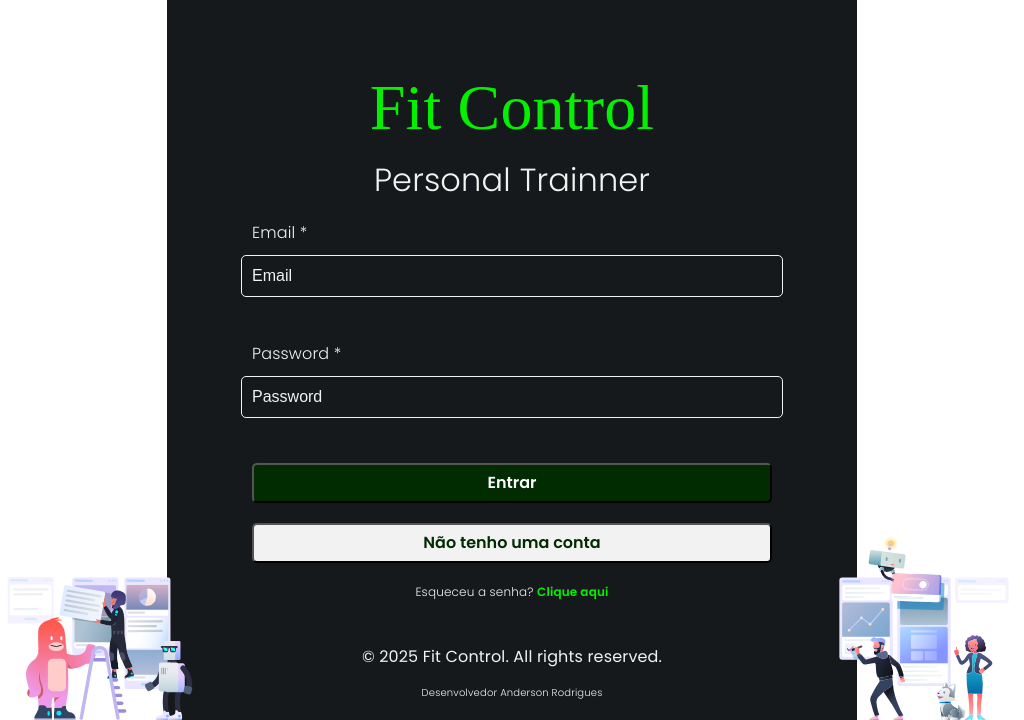
Repository: fit-control/frontend-fit-control
Page: /
These files come from the project's save history. The page is drawn as it stood at one moment and after the next save; the edit follows.
The browser window is 1024 px wide. The pictures show the whole page.
Some web fonts or font styles are not loaded; a fallback is used. The project was rebuilt for these pictures with package versions that can differ from the ones it lists, and the page was loaded fresh each time. The framework's server and built-in components were replaced by stand-ins that run in the browser. Also part of the build but not shown: next.config.js, vite.config.ts.

Above is the page before, as saved 2025-01-18 23:10:31.

### src/app/layout.tsx
/* eslint-disable @next/next/no-img-element */
import "./globals.css";
import Home from "./page";
export default function RootLayout({
  // children,
}: Readonly<{
  children: React.ReactNode;
}>) {
  return (
    <html lang="en">
      <body>
          <Home />
      </body>
    </html>
  );
}

### src/app/page.tsx
import ContainerCenterLogin from "./components/containerCenterLogin";

export default function Home() {
  return (
    <div className="items-center justify-items-center min-h-screen flex">
      <ContainerCenterLogin />
    </div>
  );
}

### src/app/globals.css
@import url('https://fonts.googleapis.com/css2?family=Alike+Angular&family=Platypi:ital,wght@0,300..800;1,300..800&family=Poppins:ital,wght@0,100;0,200;0,300;0,400;0,500;0,600;0,700;0,800;0,900;1,100;1,200;1,300;1,400;1,500;1,600;1,700;1,800;1,900&display=swap');
@import url('https://fonts.googleapis.com/css2?family=Aguafina+Script&family=Alike+Angular&family=Platypi:ital,wght@0,300..800;1,300..800&family=Poppins:ital,wght@0,100;0,200;0,300;0,400;0,500;0,600;0,700;0,800;0,900;1,100;1,200;1,300;1,400;1,500;1,600;1,700;1,800;1,900&display=swap');
/* @tailwind base;
@tailwind components;
@tailwind utilities; */

/* :root {
  --background: #ffffff;
  --foreground: #171717;
}

@media (prefers-color-scheme: light) {
  :root {
    --background: #0a0a0a;
    --foreground: #ededed;
  }
} */

body {
  padding: 0;
  margin: 0;
  font-family: Poppins, sans-serif;
  font-size: 16px;
  line-height: 1.5;
  font-weight: 400;
  letter-spacing: 0.01em;
  display: flex;
  justify-content: center;
  align-items: center;

  .iconPageLeft {
    position: absolute;
    left: 0;
    bottom: 0;
    max-width: 400px;
    max-height: 400px;

    @media (max-width: 1480px) {
      max-width: 300px;
      max-height: 300px;
    }
    @media (max-width: 1280px) {
      max-width: 200px;
      max-height: 200px;
    }
    @media (max-width: 900px) {
      display: none;
    }
  }
  .iconPageRight {
    position: absolute;
    right: 0;
    bottom: 0;
    max-width: 400px;
    max-height: 400px;

    @media (max-width: 1480px) {
      max-width: 300px;
      max-height: 300px;
    }

    @media (max-width: 1280px) {
      max-width: 200px;
      max-height: 200px;
    }
    @media (max-width: 900px) {
      display: none;
    }
  }

  .containerLogin {
    min-width: 650px;
    min-height: calc(100vh - 40px);
    display: flex;
    flex-direction: column;
    justify-content: space-between;
    padding: 20px;
    align-items: center;
    background-color: #16191B;

    .divTitle {
      margin-top: 40px;
      display: flex;
      flex-direction: column;
      align-items: center;
      justify-content: center;

      h1 {
        margin: 0;
        color: #04F000;
        font-family: 'Aguafina Script', cursive;
        font-size: 4rem;
        font-weight: 400;
      }
      h3 {
        margin: 0;
        color: #F2F2F2;
        font-family: 'Poppins', sans-serif;
        font-size: 2rem;
        font-weight: 300;
      }
    }
    p {
      color: #F2F2F2;
    }
    footer {
      display: flex;
      flex-direction: column;
      align-items: center;
      justify-content: center;

      .assignDeveloper {
        margin: 0%;
        color: #F2F2F2;
        font-size: 10px;
        font-weight: 300;
      }
    }

    @media (max-width: 900px) {
      max-width: 100vw;
    }
    .centerCard {
      display: flex;
      flex-direction: column;
      align-items: center;
      justify-content: center;
      gap: 10px;
      width: -webkit-fill-available;

      input {
        width: 80%;
        height: 40px;
        border: 1px solid #F2F2F2;
        border-radius: 5px;
        padding: 0 10px;
        background-color: #16191B;
        color: #F2F2F2;
        font-size: 16px;
        font-weight: 300;
        outline: none;
        margin-bottom: 35px;
        transition: all 0.3s ease;
        &::placeholder {
          color: #F2F2F2;
          font-size: 16px;
          font-weight: 300;
        }
        &:focus {
          border-color: #04F000;
        }
      }
      label {
        color: #F2F2F2;
        font-size: 16px;
        font-weight: 300;
        display: flex;
        justify-content: flex-start;
        width: 80%;
      }
      button {
        width: 80%;
        height: 40px;
        border-radius: 5px;
        padding: 0 10px;
        background-color: #012B00;
        color: #FFFFFF;
        font-family: 'Poppins', sans-serif;
        font-size: 16px;
        font-weight: 600;
        outline: none;
        transition: all 0.3s ease;
      }
      button:hover {
        background-color: #F2F2F2;
        color: #16191B;
        cursor: pointer;
      }
      button:active {
        background-color: #04F000;
        color: #16191B;
        cursor: pointer;
        opacity: 0.5;
      }
      button:disabled {
        background-color: #F2F2F2;
        color: #16191B;
        cursor: not-allowed;
        opacity: 0.5;
      }
      button:focus {
        outline: none;
      }
      button:focus-visible {
        outline: 1px solid #F2F2F2;
      }
      .registerButton {
        background-color: #F2F2F2;
        color: #012B00;
        font-family: 'Poppins', sans-serif;
        font-size: 16px;
        font-weight: 600;
        outline: none;
        transition: all 0.3s ease;
        margin-top: 10px;

      }
      .registerButton:hover {
        background-color: #012B00;
        text-decoration: underline;
        color: #F2F2F2;
        cursor: pointer;
        transition: all 0.4s ease-in-out;
      }
      .registerLink {
        color: #04F000;
        font-weight: 600;
      }
      .forgotPassword {
        margin-top: 10px;
        font-size: 12px;
        font-weight: 300;
      }
      .registerLink {
        color: #04F000;
        font-weight: 600;
        text-decoration: none;
      }
      .registerLink:hover {
        text-decoration: underline;
      }
    }
  }
}

### src/app/components/containerCenterLogin.tsx
/* eslint-disable react/no-unescaped-entities */
/* eslint-disable @next/next/no-img-element */
const ContainerCenterLogin = () => {
  return (
    <div><img src="/trello-right.e6e102c7 (1).svg" alt="iconPageLeft" className="iconPageLeft" />
        <main className="containerLogin">
        <div className="divTitle">
          <h1 className="title">Fit Control</h1>
          <h3 className="subtitle">Personal Trainner</h3>
        </div>
        <div className="centerCard">
          <label htmlFor="email">Email *</label>
          <input type="text" placeholder="Email" />
          <label htmlFor="password">Password *</label>
          <input type="password" placeholder="Password" />
          <button>Entrar</button>
          <button className="registerButton">Não tenho uma conta</button>
          <p className="forgotPassword">Esqueceu a senha? <a href="/register" className="registerLink">Clique aqui</a></p>
        </div>
        <footer className="">
          <p className="">
            &copy; {new Date().getFullYear()} Fit Control. All rights reserved.
          </p>
          <p className="assignDeveloper">Desenvolvedor Anderson Rodrigues</p>
        </footer>
      </main>
      <img src="/trello-left.4f52d13c (1).svg" alt="iconPageRight" className="iconPageRight" />
    </div>
  );
};

export default ContainerCenterLogin;

Loaded but not shown: tailwind.config.js (common file)

After the next save:
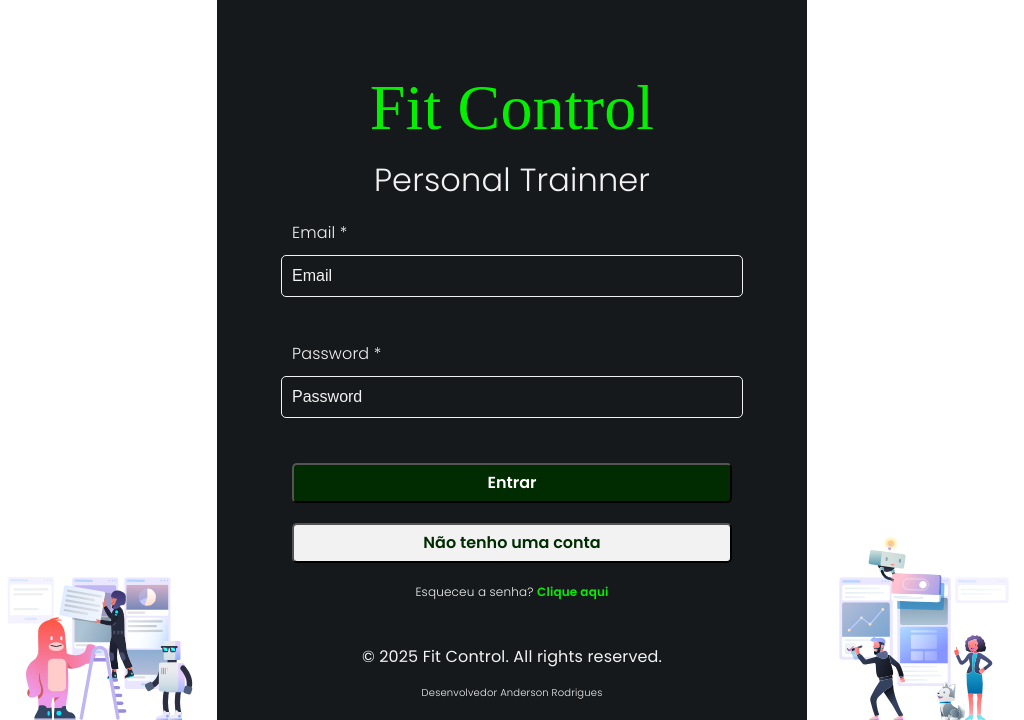
Saved 62 s later.
--- a/src/app/globals.css
+++ b/src/app/globals.css
@@ -116,7 +116,9 @@ body {
         font-weight: 300;
       }
     }
-
+    @media (max-width: 1080px) {
+      min-width: 550px;
+    }
     @media (max-width: 900px) {
       max-width: 100vw;
     }
